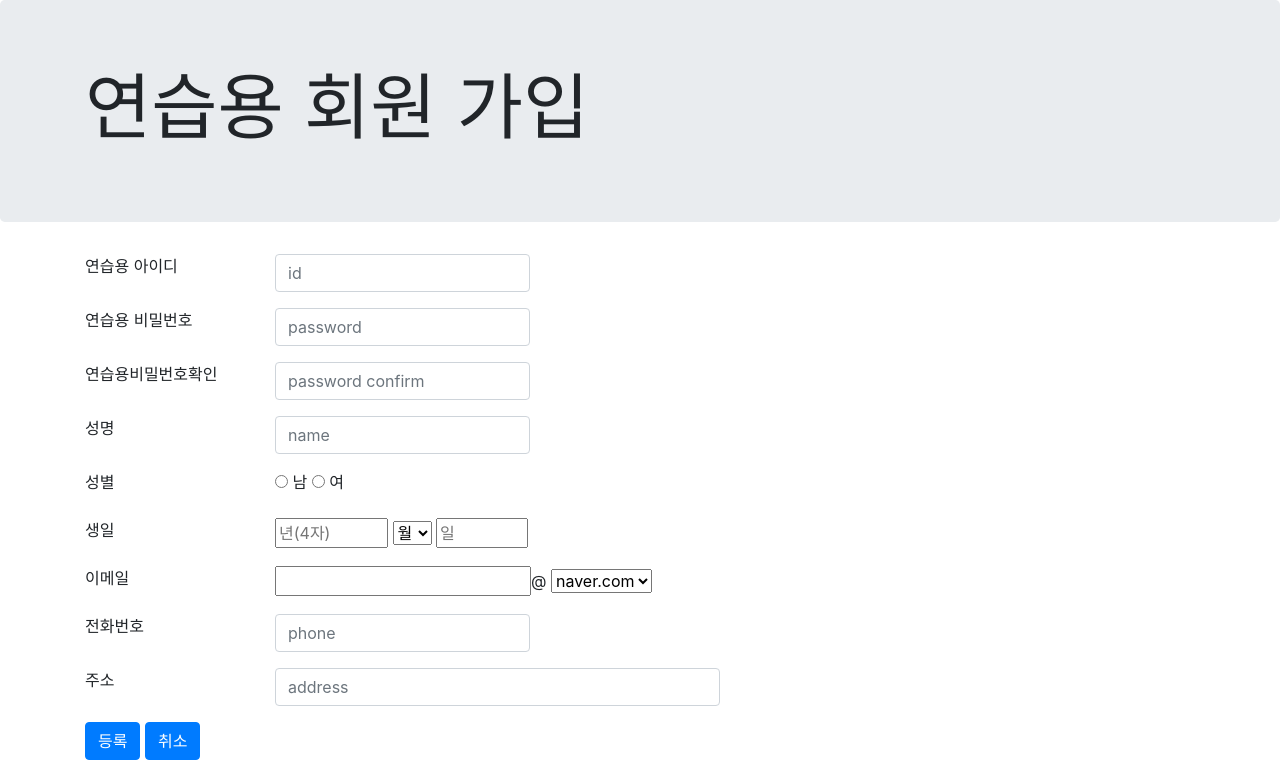
Repository: hodob/JSP_Practice
Page: http://localhost/JSP_WebMarket_JJH/ch06_ex/sign_up.jsp
The author's editor kept a copy of each file at every save. The page is drawn from the files as they stood at one save, then again after a run of saves.
The browser window is 1280 px wide. The pictures show the whole page.
The page is served by Tomcat 9. Other server files are loaded and not shown.

Above is the page before, as saved 2022-08-10 07:19:39.

### JSP_WebMarket_JJH/WebContent/ch06_ex/sign_up.jsp
<%@ page contentType="text/html; charset=utf-8"%>
<%@ taglib prefix="c" uri="http://java.sun.com/jsp/jstl/core"%>
<html>
<head>
<link rel="stylesheet" href="../resources/css/bootstrap.min.css" />
<script type="text/javascript">
	function checkForm() {
		if (!document.newMember.id.value) {
			alert("아이디를 입력하세요.");
			return false;
		}

		if (!document.newMember.password.value) {
			alert("비밀번호를 입력하세요.");
			return false;
		}

		if (document.newMember.password.value != document.newMember.password_confirm.value) {
			alert("비밀번호를 동일하게 입력하세요.");
			return false;
		}
	}
</script>
<title>회원 가입</title>
</head>
<body>

	<div class="jumbotron">
		<div class="container">
			<h1 class="display-3">연습용 회원 가입</h1>
		</div>
	</div>

	<div class="container">
		<form name="newMember" class="form-horizontal"  action="process_sign_up.jsp" method="post" onsubmit="return checkForm()">
			<div class="form-group  row">
				<label class="col-sm-2 ">연습용 아이디</label>
				<div class="col-sm-3">
					<input name="id" type="text" class="form-control" placeholder="id" >
				</div>
			</div>
			<div class="form-group  row">
				<label class="col-sm-2">연습용 비밀번호</label>
				<div class="col-sm-3">
					<input name="password" type="text" class="form-control" placeholder="password" >
				</div>
			</div>
			<div class="form-group  row">
				<label class="col-sm-2">연습용비밀번호확인</label>
				<div class="col-sm-3">
					<input name="password_confirm" type="text" class="form-control" placeholder="password confirm" >
				</div>
			</div>
			<div class="form-group  row">
				<label class="col-sm-2">성명</label>
				<div class="col-sm-3">
					<input name="name" type="text" class="form-control" placeholder="name" >
				</div>
			</div>
			<div class="form-group  row">
				<label class="col-sm-2">성별</label>
				<div class="col-sm-10">
					<input name="gender" type="radio" value="남" /> 남
					<input name="gender" type="radio" value="여" /> 여
				</div>
			</div>
			<div class="form-group row">
				<label class="col-sm-2">생일</label>
				<div class="col-sm-4  ">
					<input type="text" name="birthyy" maxlength="4" placeholder="년(4자)" size="6">
					<select name="birthmm">
						<option value="">월</option>
						<option value="01">1</option>
						<option value="02">2</option>
						<option value="03">3</option>
						<option value="04">4</option>
						<option value="05">5</option>
						<option value="06">6</option>
						<option value="07">7</option>
						<option value="08">8</option>
						<option value="09">9</option>
						<option value="10">10</option>
						<option value="11">11</option>
						<option value="12">12</option>
					</select> <input type="text" name="birthdd" maxlength="2" placeholder="일" size="4">
				</div>
			</div>
			<div class="form-group  row ">
				<label class="col-sm-2">이메일</label>
				<div class="col-sm-10">
					<input type="text" name="mail1" maxlength="50">@
					<select name="mail2">
						<option>naver.com</option>
						<option>daum.net</option>
						<option>gmail.com</option>
						<option>nate.com</option>
					</select>
				</div>
			</div>
 			<div class="form-group  row">
				<label class="col-sm-2">전화번호</label>
				<div class="col-sm-3">
					<input name="phone" type="text" class="form-control" placeholder="phone" >

				</div>
			</div>
		 <div class="form-group  row">
				<label class="col-sm-2 ">주소</label>
				<div class="col-sm-5">
					<input name="address" type="text" class="form-control" placeholder="address">

				</div>
			</div>
			<div class="form-group  row">
				<div class="col-sm-offset-2 col-sm-10 ">
					<input type="submit" class="btn btn-primary " value="등록 " >
					<input type="reset" class="btn btn-primary " value="취소 " onclick="reset()" >
				</div>
			</div>
		</form>
	</div>
</body>
</html>

Loaded but not shown: JSP_WebMarket_JJH/WebContent/resources/css/bootstrap.min.css (library)

After the next 2 saves:
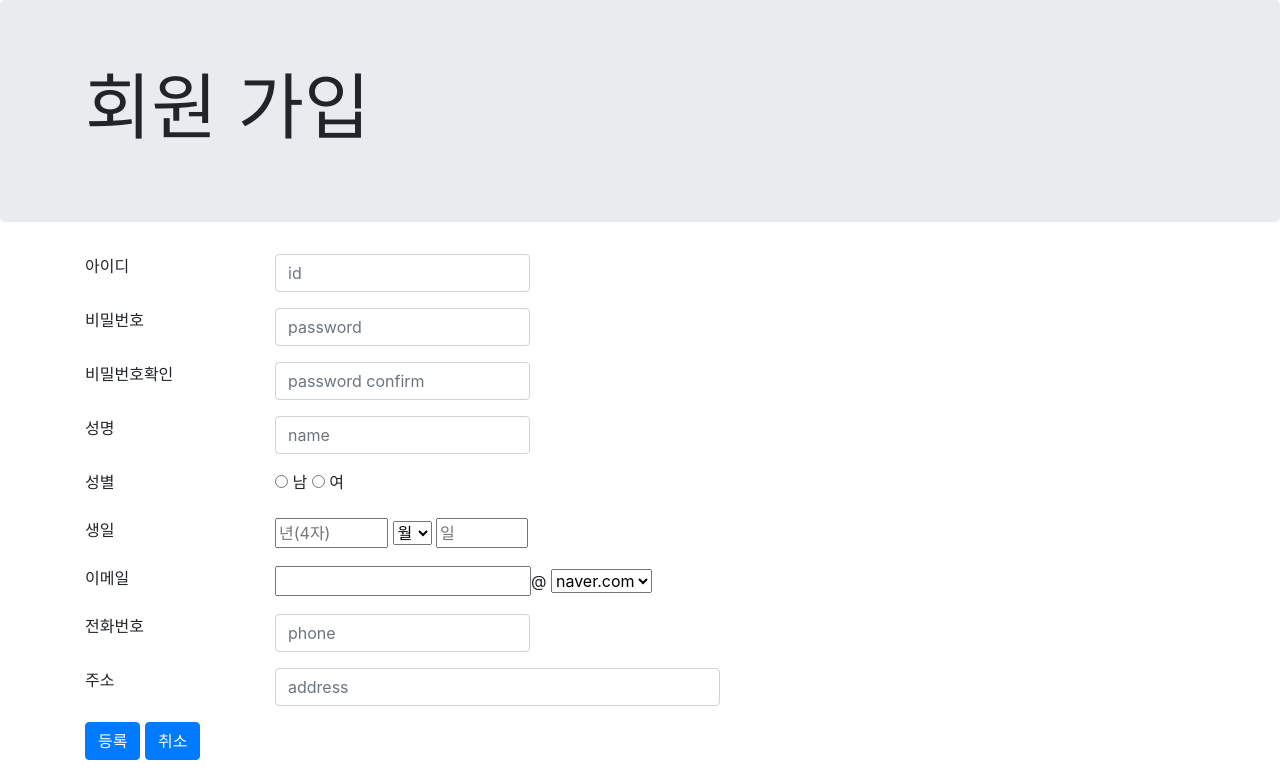
The 2 saves are shown as one change because 1 did not build or start.
The last was saved 84 s later.
--- a/JSP_WebMarket_JJH/WebContent/ch06_ex/sign_up.jsp
+++ b/JSP_WebMarket_JJH/WebContent/ch06_ex/sign_up.jsp
@@ -24,29 +24,28 @@
 <title>회원 가입</title>
 </head>
 <body>
-
 	<div class="jumbotron">
 		<div class="container">
-			<h1 class="display-3">연습용 회원 가입</h1>
+			<h1 class="display-3">회원 가입</h1>
 		</div>
 	</div>
 
 	<div class="container">
 		<form name="newMember" class="form-horizontal"  action="process_sign_up.jsp" method="post" onsubmit="return checkForm()">
 			<div class="form-group  row">
-				<label class="col-sm-2 ">연습용 아이디</label>
+				<label class="col-sm-2 ">아이디</label>
 				<div class="col-sm-3">
 					<input name="id" type="text" class="form-control" placeholder="id" >
 				</div>
 			</div>
 			<div class="form-group  row">
-				<label class="col-sm-2">연습용 비밀번호</label>
+				<label class="col-sm-2">비밀번호</label>
 				<div class="col-sm-3">
 					<input name="password" type="text" class="form-control" placeholder="password" >
 				</div>
 			</div>
 			<div class="form-group  row">
-				<label class="col-sm-2">연습용비밀번호확인</label>
+				<label class="col-sm-2">비밀번호확인</label>
 				<div class="col-sm-3">
 					<input name="password_confirm" type="text" class="form-control" placeholder="password confirm" >
 				</div>
@@ -97,14 +96,14 @@
 					</select>
 				</div>
 			</div>
- 			<div class="form-group  row">
+			<div class="form-group  row">
 				<label class="col-sm-2">전화번호</label>
 				<div class="col-sm-3">
 					<input name="phone" type="text" class="form-control" placeholder="phone" >
 
 				</div>
 			</div>
-		 <div class="form-group  row">
+			<div class="form-group  row">
 				<label class="col-sm-2 ">주소</label>
 				<div class="col-sm-5">
 					<input name="address" type="text" class="form-control" placeholder="address">
